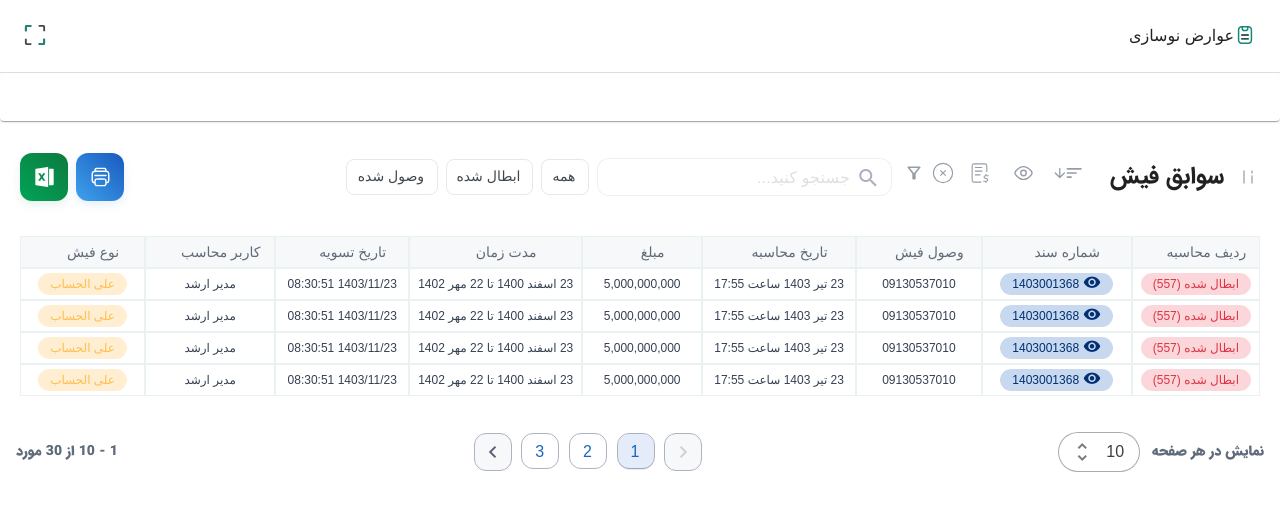
Repository: mobinazarein/data-table
Page: /
The author's editor kept a copy of each file at every save. The page is drawn from the files as they stood at one save, then again after the next save.
The browser window is 1280 px wide. The pictures show the whole page.
Some web fonts or font styles are not loaded; a fallback is used. The project was rebuilt for these pictures with package versions that can differ from the ones it lists, and the page was loaded fresh each time. Also part of the build but not shown: vue.config.js.

Above is the page before, as saved 2025-03-26 13:44:16.

After the next save:
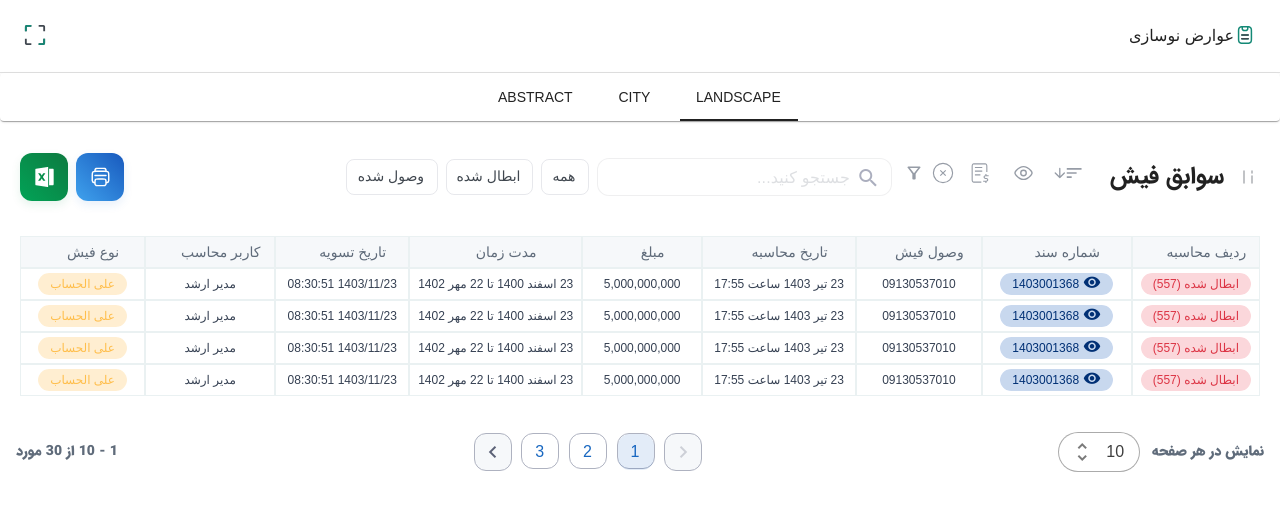
Saved 21 s later.
--- a/src/layouts/belowHeader.vue
+++ b/src/layouts/belowHeader.vue
@@ -32,7 +32,11 @@ const items = [
 </style> -->
   <v-card>
     <v-row no-gutters justify="center">
-      <v-tabs v-model="tab" align-tabs="center"></v-tabs>
+      <v-tabs v-model="tab" align-tabs="center">
+        <v-tab :value="1">Landscape</v-tab>
+        <v-tab :value="2">City</v-tab>
+        <v-tab :value="3">Abstract</v-tab>
+      </v-tabs>
     </v-row>
   </v-card>
 </template>
